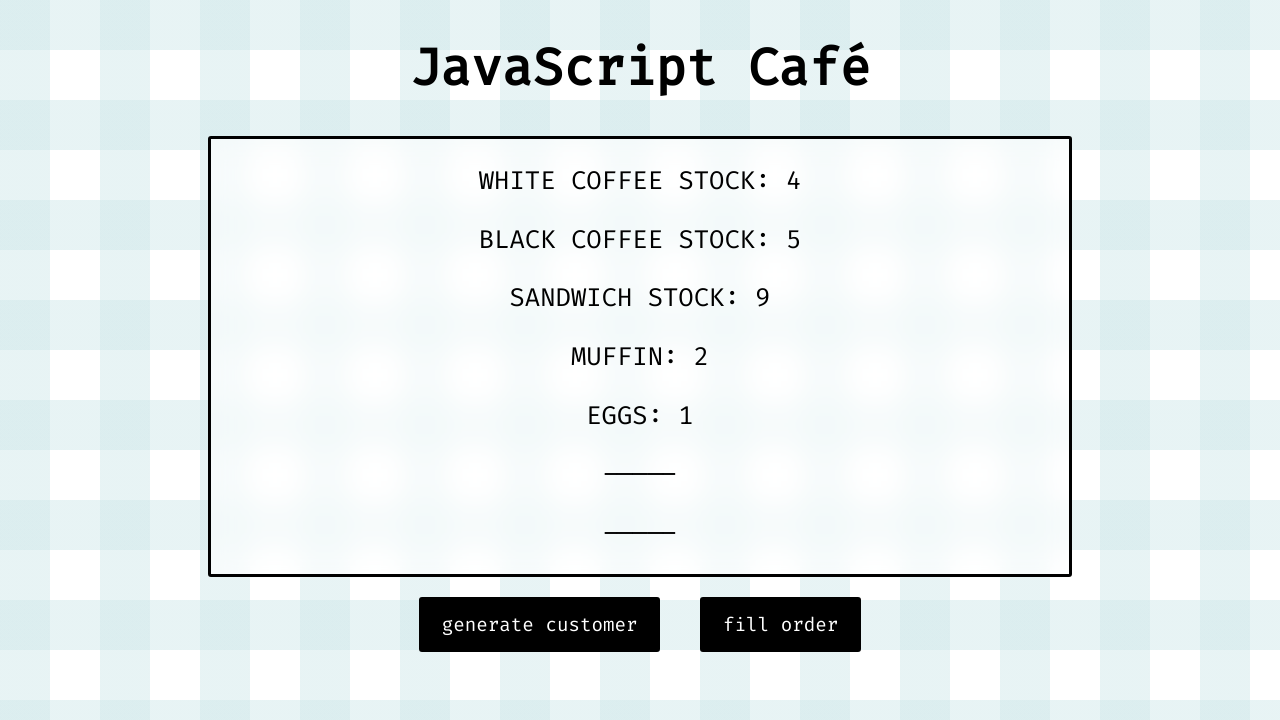
Repository: dev-academy-foundations-records/records-script
Page: Tiaanz/javascript-cafe/main/index.html
These files come from the project's save history. The page is drawn as it stood at one moment and after a run of saves; the edit follows.
The browser window is 1280 px wide. The pictures show the whole page.

Above is the page before, as saved 2023-01-24 15:07:08.

After the next 2 saves:
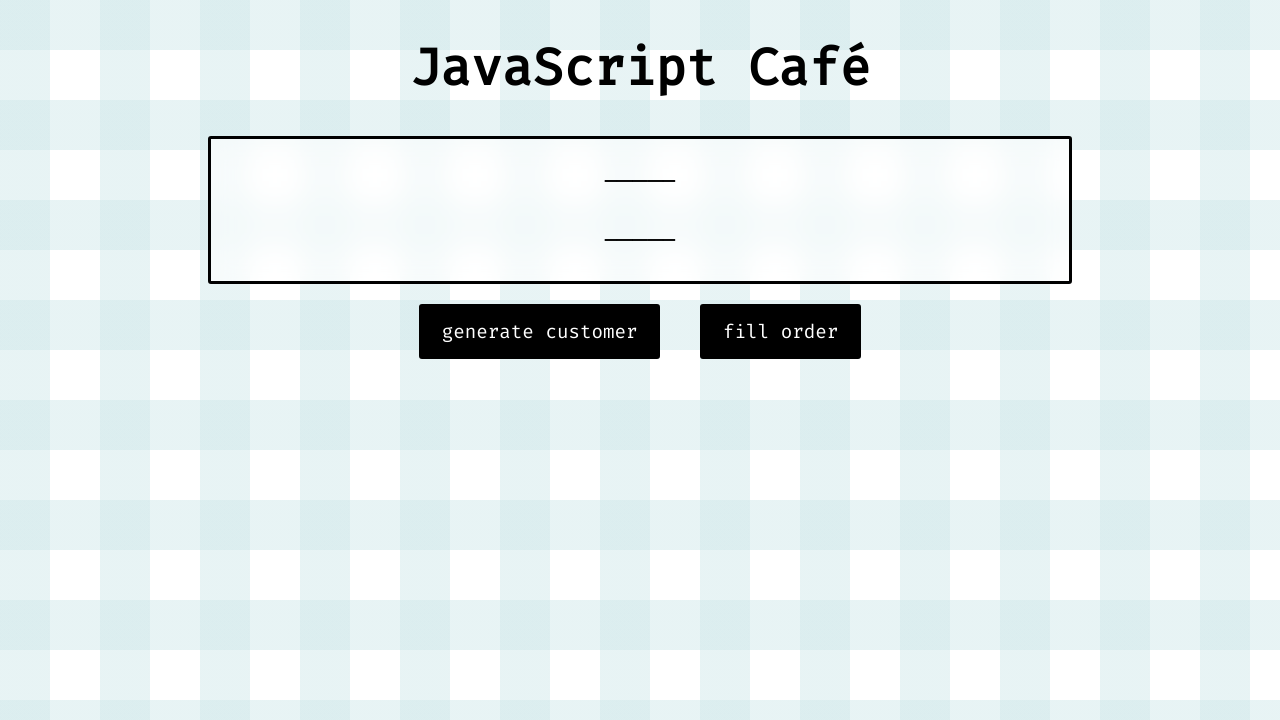
Console error: SyntaxError: Unexpected token 'const'
The 2 saves are shown as one change because they came seconds apart.
The last was saved 10 s later.
--- a/Tiaanz/javascript-cafe/main/cafe.js
+++ b/Tiaanz/javascript-cafe/main/cafe.js
@@ -103,7 +103,8 @@
 function fillOrder() {
 
   //get a random amount of money for the customer
-   const minMoneyAmount=1
+    const minMoneyAmount = 10
+    const
    const pocketMoney=getRandomInt()
 
   //make a variable to keep track of our sale total

After the 5 saves that followed:
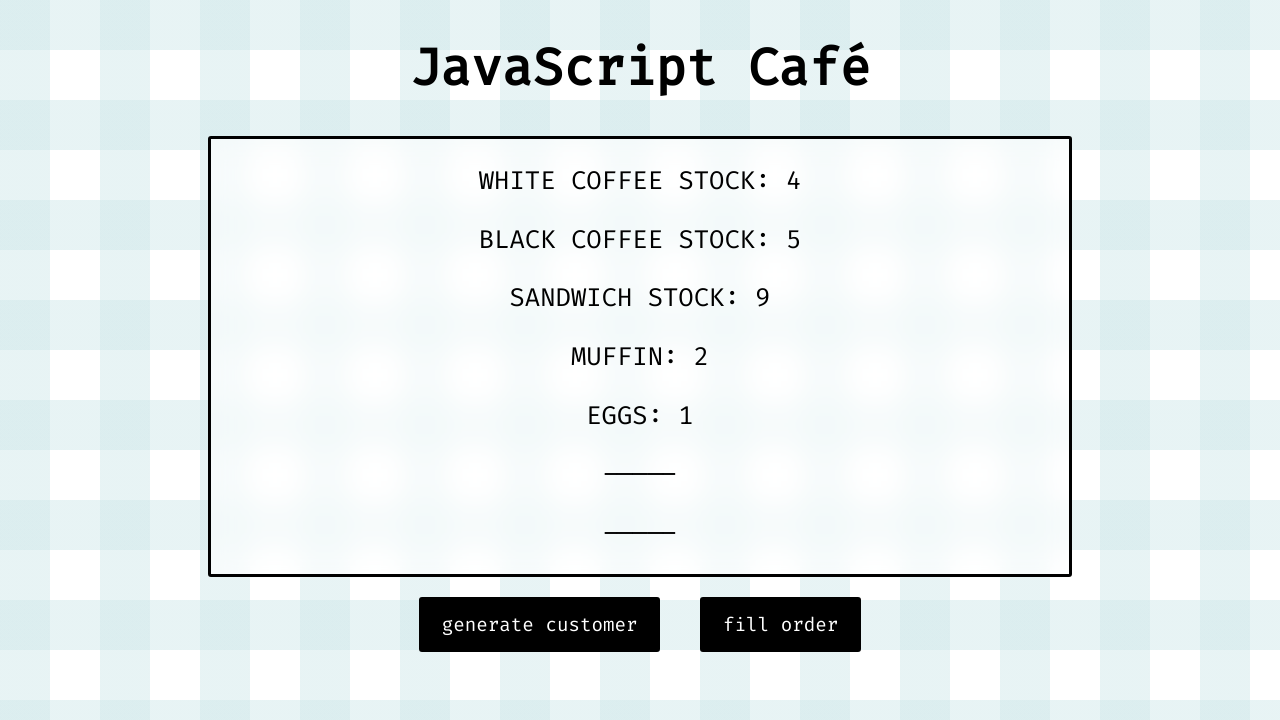
The error is gone.
The 5 saves are shown as one change because 1 left the picture as it was and some came seconds apart.
The last was saved 20 s later.
--- a/Tiaanz/javascript-cafe/main/cafe.js
+++ b/Tiaanz/javascript-cafe/main/cafe.js
@@ -99,42 +99,40 @@
   document.getElementById("cash").innerHTML = `CASH: ${cash}`;
 }
 
-
 function fillOrder() {
-
   //get a random amount of money for the customer
-    const minMoneyAmount = 10
-    const
-   const pocketMoney=getRandomInt()
+  const minMoneyAmount = 10;
+  const maxMoneyAmount = 30;
+  const pocketMoney = getRandomInt();
 
   //make a variable to keep track of our sale total
   let saleTotal = 0;
   //loop through the customer order array
- //If we have their product in stock, sell it to them and keep tracking of the sale
-//If we don't have it, alert "we are out of this product"
+  //If we have their product in stock, sell it to them and keep tracking of the sale
+  //If we don't have it, alert "we are out of this product"
   for (let i = 0; i < customer.order.length; i++) {
     const productName = customer.order[i];
     if (products[productName].stock > 0) {
       products[productName].stock--;
       saleTotal += products[productName].price;
     } else {
-        document.getElementById('eggs').style.color = "red"
-        alert(`We are out of ${productName}`);
+      document.getElementById("eggs").style.color = "red";
+      alert(`We are out of ${productName}`);
     }
   }
   //add the sale total to our cash
-    cash+=saleTotal
+  cash += saleTotal;
   //clear the customer order
-    customer.order=[]
+  customer.order = [];
   //display the new totals
-    displayProducts()
-    displayCash()
-    displayCustomerOrder()
+  displayProducts();
+  displayCash();
+  displayCustomerOrder();
 }
 
-document.getElementById('fillOrderButton').addEventListener('click', () => {
-    fillOrder()
-})
+document.getElementById("fillOrderButton").addEventListener("click", () => {
+  fillOrder();
+});
 
 //----UTIL----//
 function getRandomInt(min, max) {
